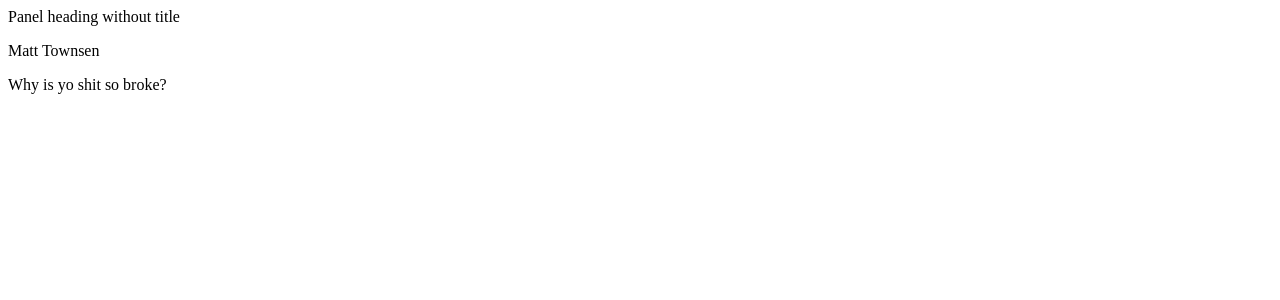
Repository: Abinayasivapraba/Project2
Page: ChatZoneFE/WebContent/Header/Chat1.html
The author's editor kept a copy of each file at every save. The page is drawn from the files as they stood at one save, then again after the next save.
The browser window is 1280 px wide. The pictures show the whole page.

Above is the page before, as saved 2017-06-05 08:09:25.

### ChatZoneFE/WebContent/Header/Chat1.html
<!DOCTYPE html>
<html>
<head>
<meta charset="ISO-8859-1">
<title>Insert title here</title>
</head>
<body>


<div class="container">
    <div class="row">
        <div class="panel panel-default">
          <div class="panel-heading">Panel heading without title</div>
          <div class="panel-body">
            <div class="container">
                <div class="row message-bubble">
                <p class="text-muted">Matt Townsen</p>
                    <span>Why is yo shit so broke?</span>
                </div>

          </div>
        </div>
    </div>
</div>
</div>

</body>
</html>

After the next save:
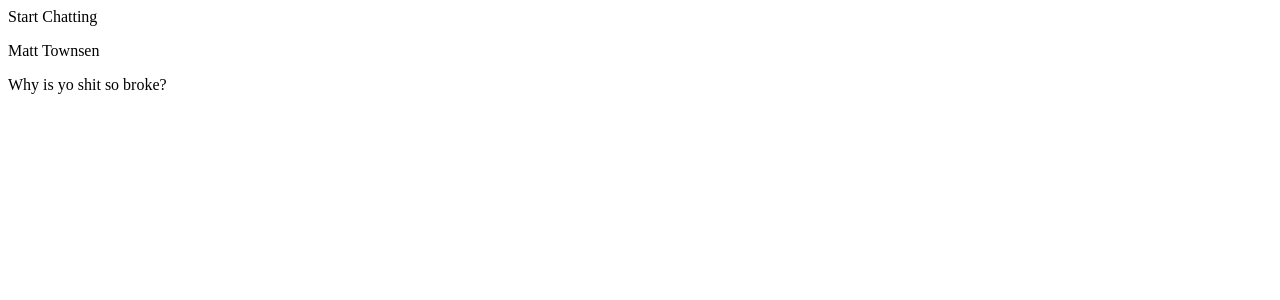
Saved 106 s later.
--- a/ChatZoneFE/WebContent/Header/Chat1.html
+++ b/ChatZoneFE/WebContent/Header/Chat1.html
@@ -6,11 +6,12 @@
 </head>
 <body>
 
-
+<div ng-controller="ChatController as chrl">
+<form ng-submit="addMessage()">
 <div class="container">
     <div class="row">
         <div class="panel panel-default">
-          <div class="panel-heading">Panel heading without title</div>
+          <div class="panel-heading">Start Chatting</div>
           <div class="panel-body">
             <div class="container">
                 <div class="row message-bubble">
@@ -23,6 +24,8 @@
     </div>
 </div>
 </div>
+</form>
+</div>
 
 </body>
 </html>
